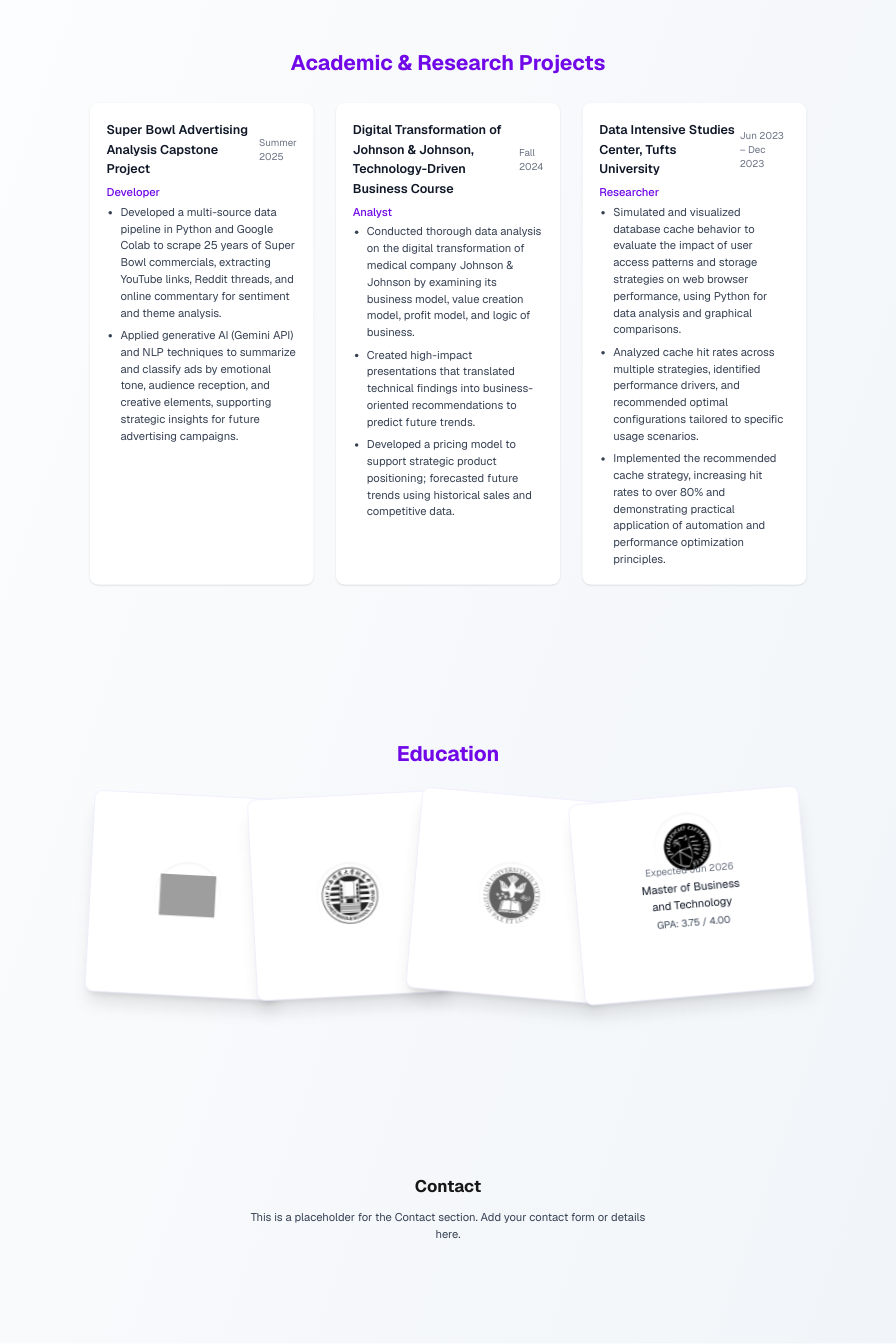
Repository: winniewyl/personal-portfolio
Page: /
An editor plug-in stored every save of this project. The page is shown before and after the next save, followed by the edit.
The browser window is 1280 px wide. The pictures show the part of the page from y = 1865 to 3785 px (the page is 3785 px tall), at 70% of full size.
Pictures or frames that could not be fetched are drawn as grey boxes. The project was rebuilt for these pictures with package versions that can differ from the ones it lists, and the page was loaded fresh each time. The framework's server and built-in components were replaced by stand-ins that run in the browser. Also part of the build but not shown: next.config.ts.

Above is the page before, as saved 2025-07-29 13:32:29.

### src/app/page.tsx
import Hero from '../components/Hero';
import About from '../components/About';
import Projects from '../components/Projects';
import Contact from '../components/Contact';

const experienceData = [
  {
    org: 'Data Intensive Studies Center, Tufts University',
    title: 'Data Analyst Intern & Co-Author',
    date: 'Jun 2023 – Dec 2023',
    highlights: [
      'Developed a custom Drupal-based content management site to present visualizations and insights from research on AI/ML ethics, integrating cross-functional feedback and automation techniques to enhance visibility.',
      'Co-led the development of an open-source AI Ethics tool using GitBook, contributing to interface design, stakeholder engagement, and survey analysis in the context of autonomous vehicle applications.',
      'Co-authored The Third Moment of AI Ethics, published on arXiv: https://arxiv.org/abs/2501.16954.',
    ],
  },
];

const projectData = [
  {
    title: 'Super Bowl Advertising Analysis Capstone Project',
    role: 'Developer',
    date: 'Summer 2025',
    highlights: [
      'Developed a multi-source data pipeline in Python and Google Colab to scrape 25 years of Super Bowl commercials, extracting YouTube links, Reddit threads, and online commentary for sentiment and theme analysis.',
      'Applied generative AI (Gemini API) and NLP techniques to summarize and classify ads by emotional tone, audience reception, and creative elements, supporting strategic insights for future advertising campaigns.',
    ],
  },
  {
    title:
      'Digital Transformation of Johnson & Johnson, Technology-Driven Business Course',
    role: 'Analyst',
    date: 'Fall 2024',
    highlights: [
      'Conducted thorough data analysis on the digital transformation of medical company Johnson & Johnson by examining its business model, value creation model, profit model, and logic of business.',
      'Created high-impact presentations that translated technical findings into business-oriented recommendations to predict future trends.',
      'Developed a pricing model to support strategic product positioning; forecasted future trends using historical sales and competitive data.',
    ],
  },
  {
    title: 'Data Intensive Studies Center, Tufts University',
    role: 'Researcher',
    date: 'Jun 2023 – Dec 2023',
    highlights: [
      'Simulated and visualized database cache behavior to evaluate the impact of user access patterns and storage strategies on web browser performance, using Python for data analysis and graphical comparisons.',
      'Analyzed cache hit rates across multiple strategies, identified performance drivers, and recommended optimal configurations tailored to specific usage scenarios.',
      'Implemented the recommended cache strategy, increasing hit rates to over 80% and demonstrating practical application of automation and performance optimization principles.',
    ],
  },
];

export default function Home() {
  return (
    <div className="font-sans min-h-screen flex flex-col bg-gradient-to-br from-white via-slate-50 to-slate-100 dark:from-[#18181c] dark:via-[#1a1a22] dark:to-[#101014]">
      {/* Navbar */}
      <nav className="w-full flex items-center justify-between py-6 px-8 border-b border-gray-100 dark:border-gray-800 bg-white/80 dark:bg-[#101010]/80 backdrop-blur z-10 sticky top-0">
        <div className="text-2xl font-extrabold text-violet-600 tracking-tight">
          WW
        </div>
        <ul className="flex gap-8 text-base font-medium text-gray-900 dark:text-white">
          <li>
            <a
              href="#about"
              className="hover:text-violet-600 transition-colors"
            >
              About
            </a>
          </li>
          <li>
            <a
              href="#experience"
              className="hover:text-violet-600 transition-colors"
            >
              Experience
            </a>
          </li>
          <li>
            <a
              href="#projects"
              className="hover:text-violet-600 transition-colors"
            >
              Projects
            </a>
          </li>
          <li>
            <a
              href="#education"
              className="hover:text-violet-600 transition-colors"
            >
              Education
            </a>
          </li>
          <li>
            <a
              href="#contact"
              className="hover:text-violet-600 transition-colors"
            >
              Contact
            </a>
          </li>
        </ul>
      </nav>
      {/* Main Content */}
      <main className="flex-1 w-full flex flex-col items-center px-4 sm:px-0">
        <section className="w-full flex flex-col items-center justify-center py-20 sm:py-28 bg-transparent">
          <Hero name="Winnie Wang" role="AI Product Analyst" />
        </section>
        <section
          id="about"
          className="w-full flex flex-col items-center py-20 sm:py-28 max-w-5xl mx-auto scroll-mt-24"
        >
          <About />
        </section>
        {/* Experience Section */}
        <section
          id="experience"
          className="w-full flex flex-col items-center py-20 sm:py-28 max-w-5xl mx-auto scroll-mt-24"
        >
          <h2 className="text-3xl font-bold mb-10 text-violet-700 dark:text-violet-400">
            Internship & Professional Experience
          </h2>
          <ol className="relative border-l-2 border-violet-200 dark:border-violet-700">
            {experienceData.map((exp, idx) => (
              <li key={exp.title} className="mb-12 ml-6">
                <span className="absolute flex items-center justify-center w-8 h-8 bg-violet-100 rounded-full -left-4 ring-4 ring-white dark:ring-[#18181c]">
                  <svg
                    className="w-5 h-5 text-violet-600"
                    fill="currentColor"
                    viewBox="0 0 20 20"
                  >
                    <path d="M10 2a8 8 0 100 16 8 8 0 000-16zm1 11H9v-2h2v2zm0-4H9V7h2v2z" />
                  </svg>
                </span>
                <div className="bg-white dark:bg-[#232336] rounded-xl shadow p-6">
                  <div className="flex flex-col sm:flex-row sm:items-center sm:justify-between mb-2">
                    <span className="font-semibold text-lg text-gray-900 dark:text-white">
                      {exp.title}
                    </span>
                    <span className="text-sm text-gray-500 dark:text-gray-400">
                      {exp.date}
                    </span>
                  </div>
                  <div className="text-md font-medium text-violet-700 dark:text-violet-300 mb-1">
                    {exp.org}
                  </div>
                  <ul className="list-disc pl-5 space-y-2 text-gray-700 dark:text-gray-300">
                    {exp.highlights.map((h, i) => (
                      <li key={i}>{h}</li>
                    ))}
                  </ul>
                </div>
              </li>
            ))}
          </ol>
        </section>
        {/* Projects Section */}
        <section
          id="projects"
          className="w-full flex flex-col items-center py-20 sm:py-28 max-w-5xl mx-auto scroll-mt-24"
        >
          <h2 className="text-3xl font-bold mb-10 text-violet-700 dark:text-violet-400">
            Academic & Research Projects
          </h2>
          <div className="grid grid-cols-1 md:grid-cols-3 gap-8 w-full">
            {projectData.map((proj, idx) => (
              <div
                key={proj.title}
                className="bg-white dark:bg-[#232336] rounded-xl shadow p-6 flex flex-col"
              >
                <div className="flex flex-col sm:flex-row sm:items-center sm:justify-between mb-2">
                  <span className="font-semibold text-lg text-gray-900 dark:text-white">
                    {proj.title}
                  </span>
                  <span className="text-sm text-gray-500 dark:text-gray-400">
                    {proj.date}
                  </span>
                </div>
                <div className="text-md font-medium text-violet-700 dark:text-violet-300 mb-1">
                  {proj.role}
                </div>
                <ul className="list-disc pl-5 space-y-2 text-gray-700 dark:text-gray-300">
                  {proj.highlights.map((h, i) => (
                    <li key={i}>{h}</li>
                  ))}
                </ul>
              </div>
            ))}
          </div>
        </section>
        <section
          id="education"
          className="w-full flex flex-col items-center py-20 sm:py-28 max-w-5xl mx-auto scroll-mt-24"
        >
          <h2 className="text-3xl font-bold mb-10 text-violet-700 dark:text-violet-400">
            Education
          </h2>
          <div className="relative w-full flex flex-col md:flex-row items-center justify-center">
            {/* Timeline SVG Connector */}
            <svg
              className="hidden md:block absolute left-0 right-0 top-1/2 -translate-y-1/2 z-0"
              height="120"
              width="100%"
              viewBox="0 0 1000 120"
              fill="none"
              preserveAspectRatio="none"
            >
              <path
                d="M 80 60 Q 180 10, 280 60 T 480 60 T 680 60 T 880 60"
                stroke="#a78bfa"
                strokeWidth="4"
                fill="none"
              />
              <circle cx="80" cy="60" r="8" fill="#a78bfa" />
              <circle cx="280" cy="60" r="8" fill="#a78bfa" />
              <circle cx="480" cy="60" r="8" fill="#a78bfa" />
              <circle cx="680" cy="60" r="8" fill="#a78bfa" />
            </svg>
            {/* Education Cards */}
            <div className="flex flex-col md:flex-row items-center justify-center w-full gap-0 z-10">
              {/* Middle School */}
              <div className="group flex-1 w-72 h-72 relative -mr-12 transform rotate-3 hover:rotate-0 transition-all duration-300 perspective-1000">
                {/* Front Side - Logo */}
                <div className="absolute inset-0 bg-white dark:bg-[#232336] rounded-xl shadow-xl p-6 border border-violet-100 dark:border-violet-700 text-center flex flex-col items-center justify-center backface-hidden group-hover:rotate-y-180 transition-transform duration-500">
                  <div className="w-24 h-24 flex items-center justify-center rounded-full bg-white/30 backdrop-blur-md shadow-inner">
                    <img
                      src="/yu-hua-logo.png"
                      alt="江西育华学校 logo"
                      className="w-20 h-20 object-contain filter grayscale"
                      style={{ mixBlendMode: 'multiply' }}
                    />
                  </div>
                </div>
                {/* Back Side - Description */}
                <div className="absolute inset-0 bg-white dark:bg-[#232336] rounded-xl shadow-xl p-6 border border-violet-100 dark:border-violet-700 text-center flex flex-col items-center justify-center backface-hidden rotate-y-180 group-hover:rotate-y-0 transition-transform duration-500">
                  <div className="flex flex-col items-center space-y-2">
                    <span className="font-bold text-lg text-violet-700">
                      江西育华学校
                    </span>
                    <span className="text-sm text-gray-700 dark:text-gray-300">
                      2014–2017
                    </span>
                    <span className="text-xs text-gray-500 dark:text-gray-400">
                      Middle School
                    </span>
                  </div>
                </div>
              </div>
              {/* High School */}
              <div className="group flex-1 w-72 h-72 relative -mr-12 transform -rotate-3 hover:rotate-0 transition-all duration-300 perspective-1000">
                {/* Front Side - Logo */}
                <div className="absolute inset-0 bg-white dark:bg-[#232336] rounded-xl shadow-xl p-6 border border-violet-100 dark:border-violet-700 text-center flex flex-col items-center justify-center backface-hidden group-hover:rotate-y-180 transition-transform duration-500">
                  <div className="w-24 h-24 flex items-center justify-center rounded-full bg-white/30 backdrop-blur-md shadow-inner">
                    <img
                      src="/JXSDFZ-logo.png"
                      alt="江西师大附中国际部 logo"
                      className="w-20 h-20 object-contain filter grayscale"
                      style={{ mixBlendMode: 'multiply' }}
                    />
                  </div>
                </div>
                {/* Back Side - Description */}
                <div className="absolute inset-0 bg-white dark:bg-[#232336] rounded-xl shadow-xl p-6 border border-violet-100 dark:border-violet-700 text-center flex flex-col items-center justify-center backface-hidden rotate-y-180 group-hover:rotate-y-0 transition-transform duration-500">
                  <div className="flex flex-col items-center space-y-2">
                    <span className="font-bold text-lg text-violet-700">
                      江西师大附中国际部
                    </span>
                    <span className="text-sm text-gray-700 dark:text-gray-300">
                      High School Diploma
                    </span>
                    <span className="text-sm text-gray-700 dark:text-gray-300">
                      2017–2020
                    </span>
                  </div>
                </div>
              </div>
              {/* Tufts University */}
              <div className="group flex-1 w-72 h-72 relative -mr-12 transform rotate-5 hover:rotate-0 transition-all duration-300 perspective-1000">
                {/* Front Side - Logo */}
                <div className="absolute inset-0 bg-white dark:bg-[#232336] rounded-xl shadow-xl p-6 border border-violet-100 dark:border-violet-700 text-center flex flex-col items-center justify-center backface-hidden group-hover:rotate-y-180 transition-transform duration-500">
                  <div className="w-24 h-24 flex items-center justify-center rounded-full bg-white/30 backdrop-blur-md shadow-inner">
                    <img
                      src="/tufts-logo.png"
                      alt="Tufts University logo"
                      className="w-20 h-20 object-contain filter grayscale"
                      style={{ mixBlendMode: 'multiply' }}
                    />
                  </div>
                </div>
                {/* Back Side - Description */}
                <div className="absolute inset-0 bg-white dark:bg-[#232336] rounded-xl shadow-xl p-6 border border-violet-100 dark:border-violet-700 text-center flex flex-col items-center justify-center backface-hidden rotate-y-180 group-hover:rotate-y-0 transition-transform duration-500">
                  <div className="flex flex-col items-center space-y-2">
                    <span className="font-bold text-lg text-violet-700">
                      Tufts University
                    </span>
                    <span className="text-sm text-gray-500 dark:text-gray-400">
                      May 2024
                    </span>
                    <span className="text-gray-900 dark:text-white">
                      B.S. in Applied Mathematics & Computer Science
                    </span>
                    <span className="text-sm text-gray-700 dark:text-gray-300">
                      GPA: 3.83 / 4.00
                    </span>
                    <span className="text-xs text-emerald-600">
                      Summa Cum Laude, Dean's List
                    </span>
                  </div>
                </div>
              </div>
              {/* Purdue University */}
              <div className="flex flex-col items-center flex-1 w-72 h-72 bg-white dark:bg-[#232336] rounded-xl shadow-xl p-6 border border-violet-100 dark:border-violet-700 text-center relative transform -rotate-5 hover:rotate-0 hover:scale-105 transition-all duration-300">
                <div className="w-24 h-24 flex items-center justify-center rounded-full bg-white/30 backdrop-blur-md shadow-inner">
                  <img
                    src="/purdue-logo.png"
                    alt="Purdue University logo"
                    className="w-20 h-20 object-contain filter grayscale"
                    style={{ mixBlendMode: 'multiply' }}
                  />
                </div>
                <div className="absolute top-1/2 left-1/2 transform -translate-x-1/2 -translate-y-1/2 flex flex-col items-center space-y-1">
                  <span className="text-sm text-gray-500 dark:text-gray-400">
                    Expected Jun 2026
                  </span>
                  <span className="text-gray-900 dark:text-white">
                    Master of Business and Technology
                  </span>
                  <span className="text-sm text-gray-700 dark:text-gray-300">
                    GPA: 3.75 / 4.00
                  </span>
                </div>
              </div>
            </div>
          </div>
        </section>
        <section
          id="contact"
          className="w-full flex flex-col items-center py-20 sm:py-28 max-w-5xl mx-auto scroll-mt-24"
        >
          <Contact />
        </section>
      </main>
    </div>
  );
}

### src/components/Hero.tsx
import React from 'react';

interface HeroProps {
  name: string;
  role: string;
}

const Hero: React.FC<HeroProps> = ({ name, role }) => (
  <section className="flex flex-col items-center justify-center gap-4 py-8 w-full">
    <h1 className="text-4xl sm:text-5xl font-bold text-center">{name}</h1>
    <h2 className="text-xl sm:text-2xl font-medium text-center text-gray-600 dark:text-gray-300">
      {role}
    </h2>
  </section>
);

export default Hero;

### src/components/Contact.tsx
import React from 'react';

const Contact: React.FC = () => (
  <section className="py-8 w-full flex flex-col items-center">
    <h2 className="text-2xl font-bold mb-4">Contact</h2>
    <p className="max-w-xl text-center text-gray-700 dark:text-gray-300">
      This is a placeholder for the Contact section. Add your contact form or
      details here.
    </p>
  </section>
);

export default Contact;

Loaded but not shown: src/app/layout.tsx (common file); src/app/globals.css (common file); src/components/About.tsx (119 lines, source omitted)

After the next save:
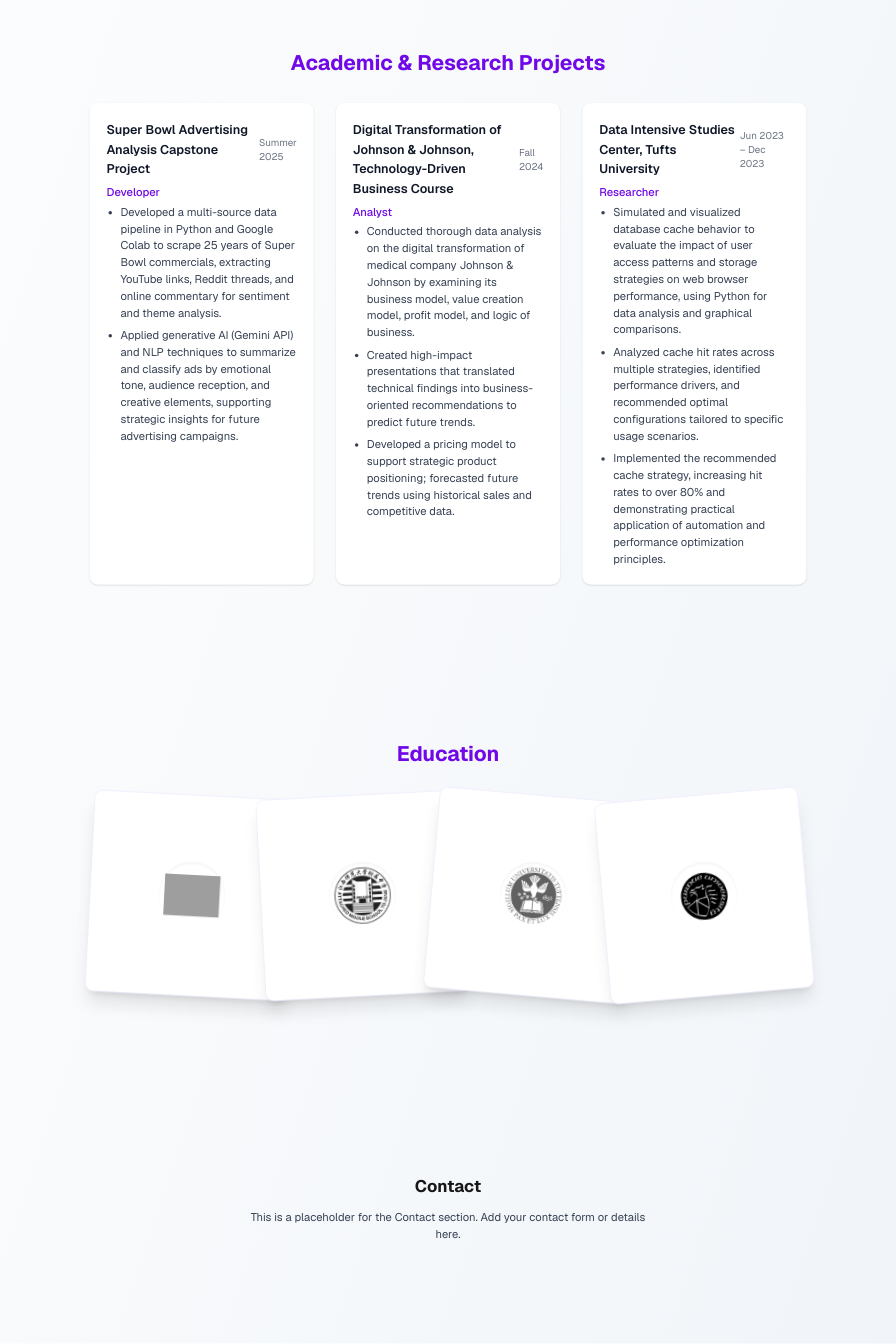
Saved 13 s later.
--- a/src/app/page.tsx
+++ b/src/app/page.tsx
@@ -308,25 +308,34 @@ export default function Home() {
                 </div>
               </div>
               {/* Purdue University */}
-              <div className="flex flex-col items-center flex-1 w-72 h-72 bg-white dark:bg-[#232336] rounded-xl shadow-xl p-6 border border-violet-100 dark:border-violet-700 text-center relative transform -rotate-5 hover:rotate-0 hover:scale-105 transition-all duration-300">
-                <div className="w-24 h-24 flex items-center justify-center rounded-full bg-white/30 backdrop-blur-md shadow-inner">
-                  <img
-                    src="/purdue-logo.png"
-                    alt="Purdue University logo"
-                    className="w-20 h-20 object-contain filter grayscale"
-                    style={{ mixBlendMode: 'multiply' }}
-                  />
-                </div>
-                <div className="absolute top-1/2 left-1/2 transform -translate-x-1/2 -translate-y-1/2 flex flex-col items-center space-y-1">
-                  <span className="text-sm text-gray-500 dark:text-gray-400">
-                    Expected Jun 2026
-                  </span>
-                  <span className="text-gray-900 dark:text-white">
-                    Master of Business and Technology
-                  </span>
-                  <span className="text-sm text-gray-700 dark:text-gray-300">
-                    GPA: 3.75 / 4.00
-                  </span>
+              <div className="group flex-1 w-72 h-72 relative transform -rotate-5 hover:rotate-0 transition-all duration-300 perspective-1000">
+                {/* Front Side - Logo */}
+                <div className="absolute inset-0 bg-white dark:bg-[#232336] rounded-xl shadow-xl p-6 border border-violet-100 dark:border-violet-700 text-center flex flex-col items-center justify-center backface-hidden group-hover:rotate-y-180 transition-transform duration-500">
+                  <div className="w-24 h-24 flex items-center justify-center rounded-full bg-white/30 backdrop-blur-md shadow-inner">
+                    <img
+                      src="/purdue-logo.png"
+                      alt="Purdue University logo"
+                      className="w-20 h-20 object-contain filter grayscale"
+                      style={{ mixBlendMode: 'multiply' }}
+                    />
+                  </div>
+                </div>
+                {/* Back Side - Description */}
+                <div className="absolute inset-0 bg-white dark:bg-[#232336] rounded-xl shadow-xl p-6 border border-violet-100 dark:border-violet-700 text-center flex flex-col items-center justify-center backface-hidden rotate-y-180 group-hover:rotate-y-0 transition-transform duration-500">
+                  <div className="flex flex-col items-center space-y-2">
+                    <span className="font-bold text-lg text-violet-700">
+                      Purdue University
+                    </span>
+                    <span className="text-sm text-gray-500 dark:text-gray-400">
+                      Expected Jun 2026
+                    </span>
+                    <span className="text-gray-900 dark:text-white">
+                      Master of Business and Technology
+                    </span>
+                    <span className="text-sm text-gray-700 dark:text-gray-300">
+                      GPA: 3.75 / 4.00
+                    </span>
+                  </div>
                 </div>
               </div>
             </div>
